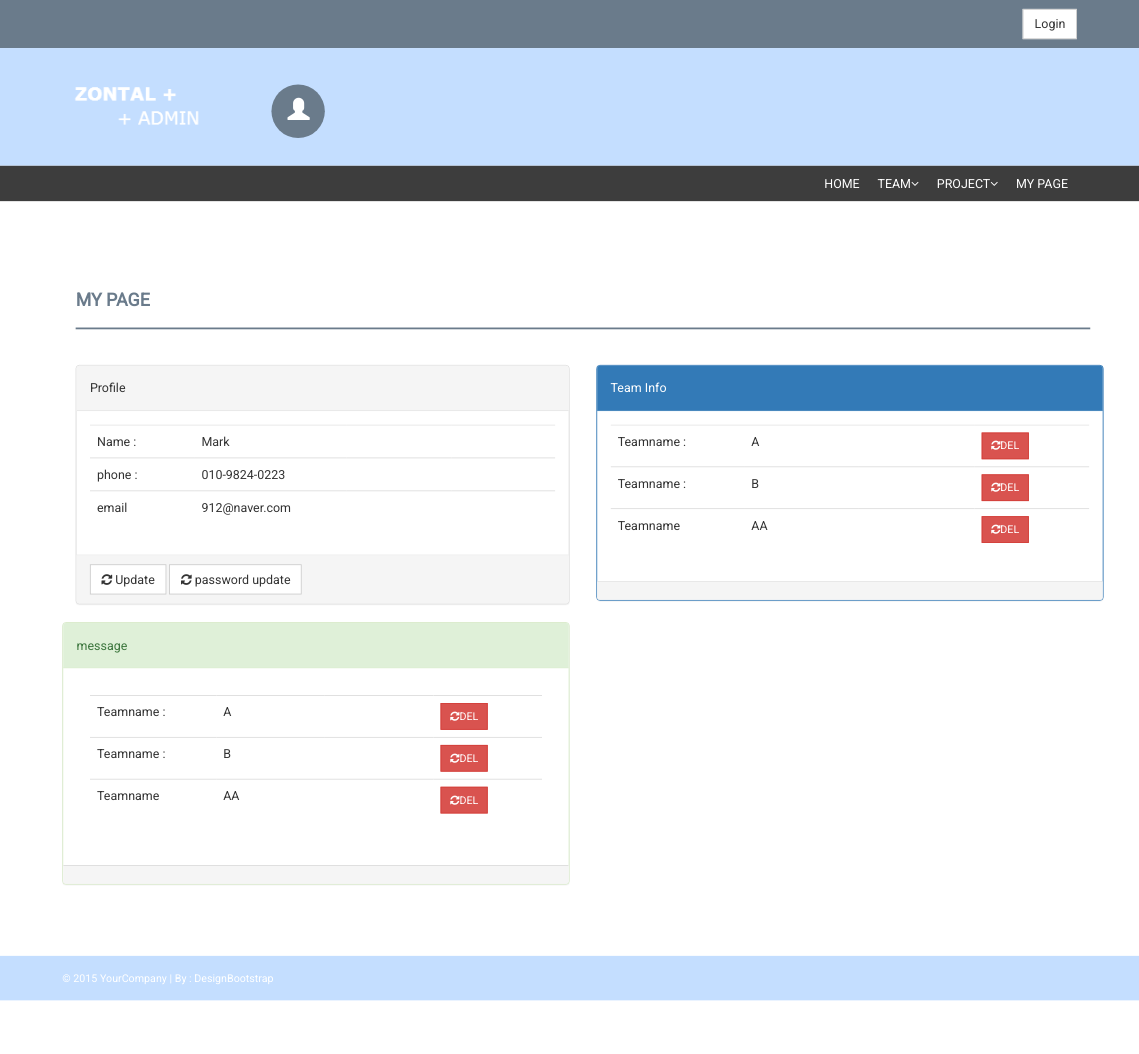
Repository: hwju91/skuniv
Page: http://localhost/0903.2/WEB-INF/jsp/mypage.jsp
The author's editor kept a copy of each file at every save. The page is drawn from the files as they stood at one save, then again after the next save.
The browser window is 1280 px wide. The pictures show the whole page, at 89% of full size.
The page is served by Tomcat 9. Nobody is signed in. The template is opened directly, without the code that normally fills it, so the values that code supplies are empty.

Above is the page before, as saved 2016-09-06 10:29:56.

After the next save:
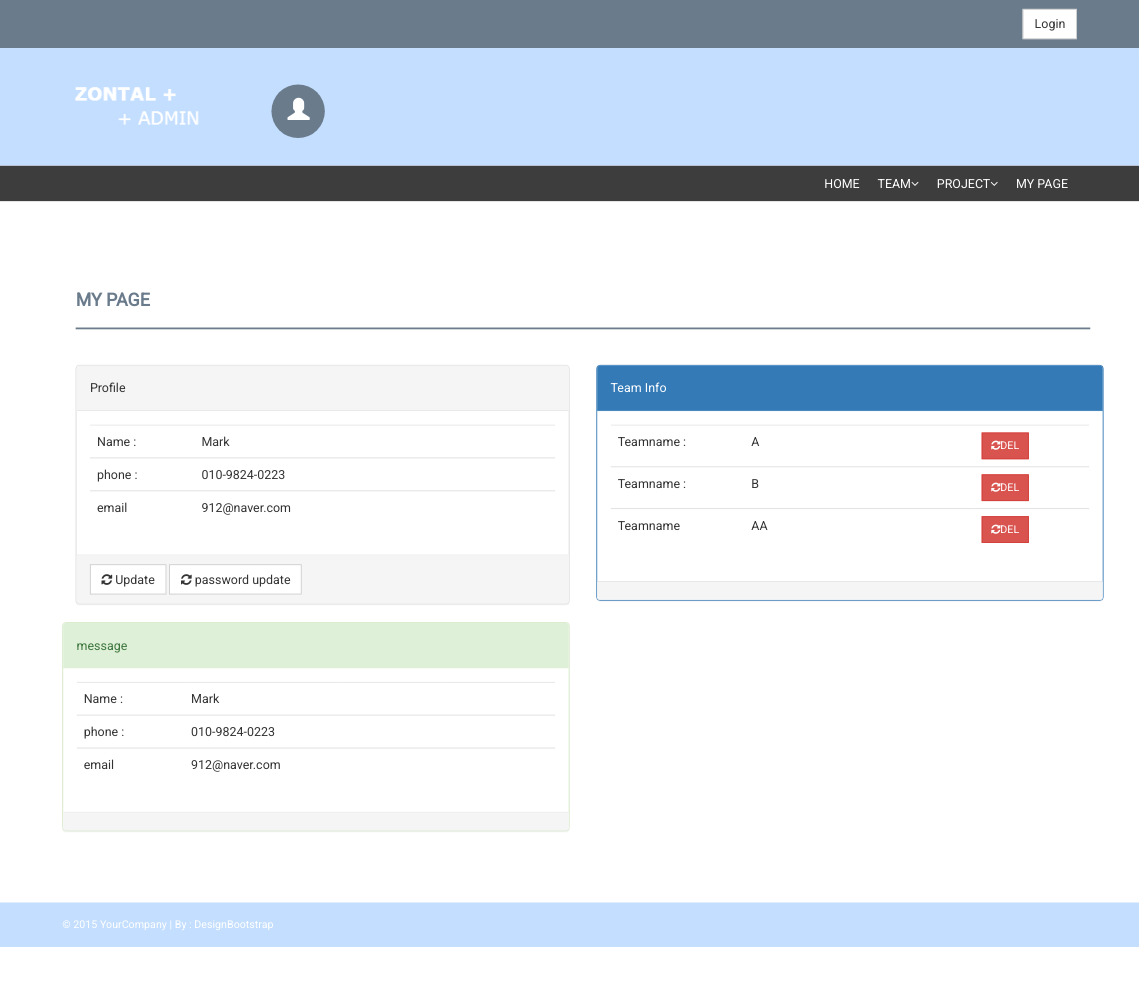
Saved 38 s later.
--- a/0903.2/WebContent/WEB-INF/jsp/mypage.jsp
+++ b/0903.2/WebContent/WEB-INF/jsp/mypage.jsp
@@ -129,7 +129,6 @@
                             message
                         </div>
                         <div class="panel-body">
-                        <div class="panel-body">
                             <div class="table-responsive">
                                 <table class="table">
                                     <thead>
@@ -142,29 +141,29 @@
                                     </thead>
                                     <tbody>
                                         <tr>
-                                            <td>Teamname :</td>
-                                            <td>A</td>
-                                            <td> </td>
-                                            <td>  <a href="#" class="btn btn-danger btn-sm"><i class=" fa fa-refresh "></i>DEL</a></td>
-                                        </tr>
-                                        <tr>
-                                            <td>Teamname : </td>
-                                            <td>B</td>
-                                            <td></td>
-                                            <td><a href="#" class="btn btn-danger btn-sm"><i class=" fa fa-refresh "></i>DEL</a></td>
-                                        </tr>
-                                        <tr>
-                                            <td>Teamname</td>
-                                            <td>AA</td>
-                                            <td></td>
-                                            <td><a href="#" class="btn btn-danger btn-sm"><i class=" fa fa-refresh "></i>DEL</a></td>
+                                            <td>Name :</td>
+                                            <td>Mark</td>
+                                            <td> </td>
+                                            <td> </td>
+                                        </tr>
+                                        <tr>
+                                            <td>phone : </td>
+                                            <td>010-9824-0223</td>
+                                            <td></td>
+                                            <td></td>
+                                        </tr>
+                                        <tr>
+                                            <td>email</td>
+                                            <td>912@naver.com</td>
+                                            <td></td>
+                                            <td></td>
                                         </tr>
 
                                     </tbody>
                                 </table>
                             </div>
                         </div>
-                        </div>
+
                         <div class="panel-footer">
                              <!-- <a href="#" class="btn btn-default"><i class=" fa fa-refresh "></i> password update</a> -->
                         </div>
